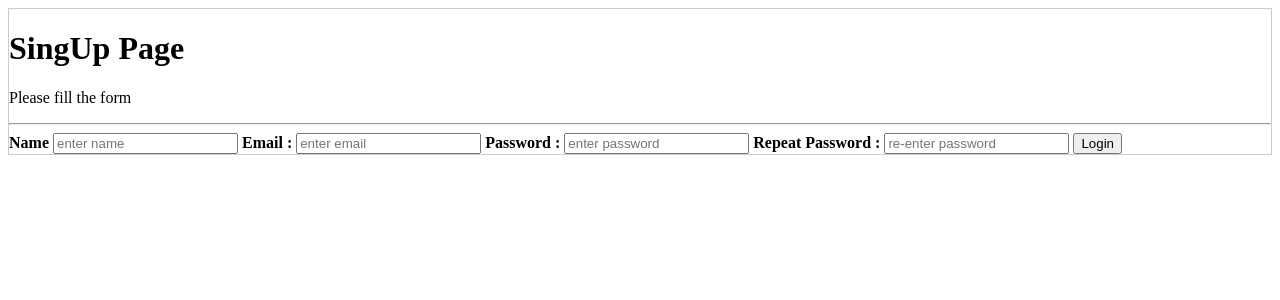
Repository: Altafalinadaf/SimpleProjects
Page: servletDemo10/src/main/webapp/index10.html
The author's editor kept a copy of each file at every save. The page is drawn from the files as they stood at one save, then again after the next save.
The browser window is 1280 px wide. The pictures show the whole page.

Above is the page before, as saved 2023-10-31 18:32:50.

After the next save:
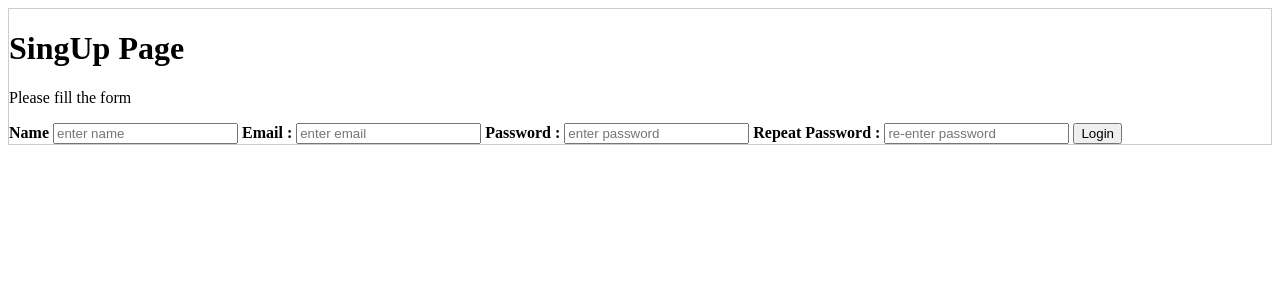
Saved 25 s later.
--- a/servletDemo10/src/main/webapp/index10.html
+++ b/servletDemo10/src/main/webapp/index10.html
@@ -11,7 +11,7 @@
 		<div class="container">
 			<h1>SingUp Page </h1>
 			<p>Please fill the form </p>
-			<hr>
+
 			        <label for="name"><b>Name </b> <label>
 					<input type="text" name="name" placeholder="enter name" required />
 
